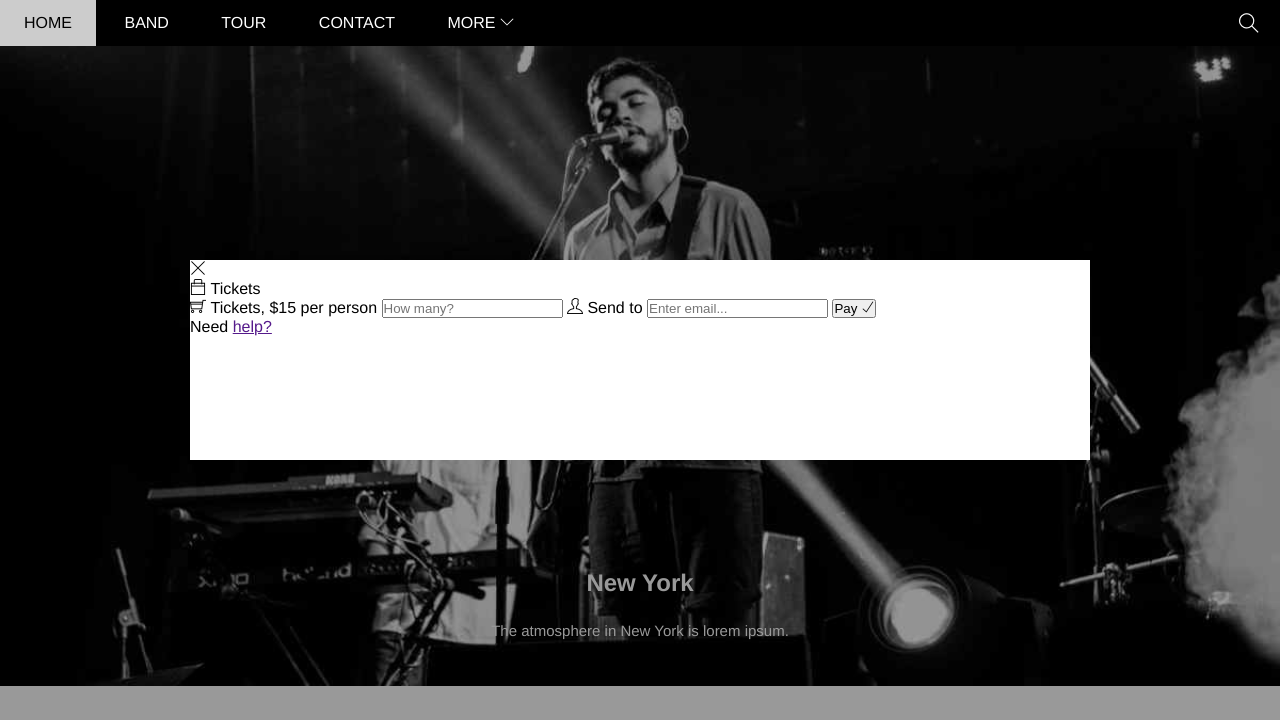
Repository: vophuocthanh/phuocthanhk03
Page: index.html
These files come from the project's save history. The page is drawn as it stood at one moment and after the next save; the edit follows.
The browser window is 1280 px wide. The pictures show the window.
A layer covers the whole window, so only the first screen is drawn.

Above is the page before, as saved 2022-03-25 21:58:11.

After the next save:
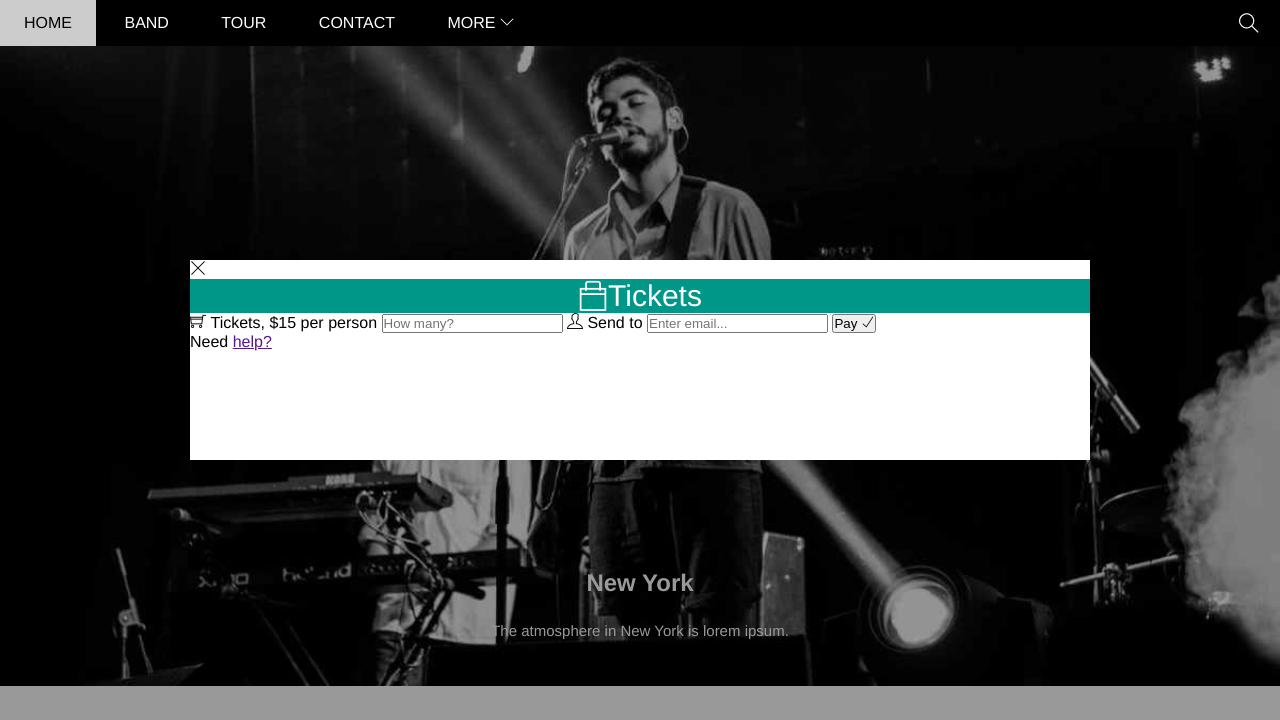
Saved 3 min 59 s later.
--- a/asset/css/style.css
+++ b/asset/css/style.css
@@ -1,4 +1,4 @@
-/*Reset*/
+    /*Reset*/
 
 * {
     padding: 0;
@@ -318,3 +318,12 @@ html {
     width: 900px;
     min-height: 200px;
 }
+
+.modal-header {
+    background-color: #009688;
+    height: 129px px;
+    display: flex;
+    align-items: center;
+    justify-content: center;
+    font-size: 30px;
+    color: #fff;
